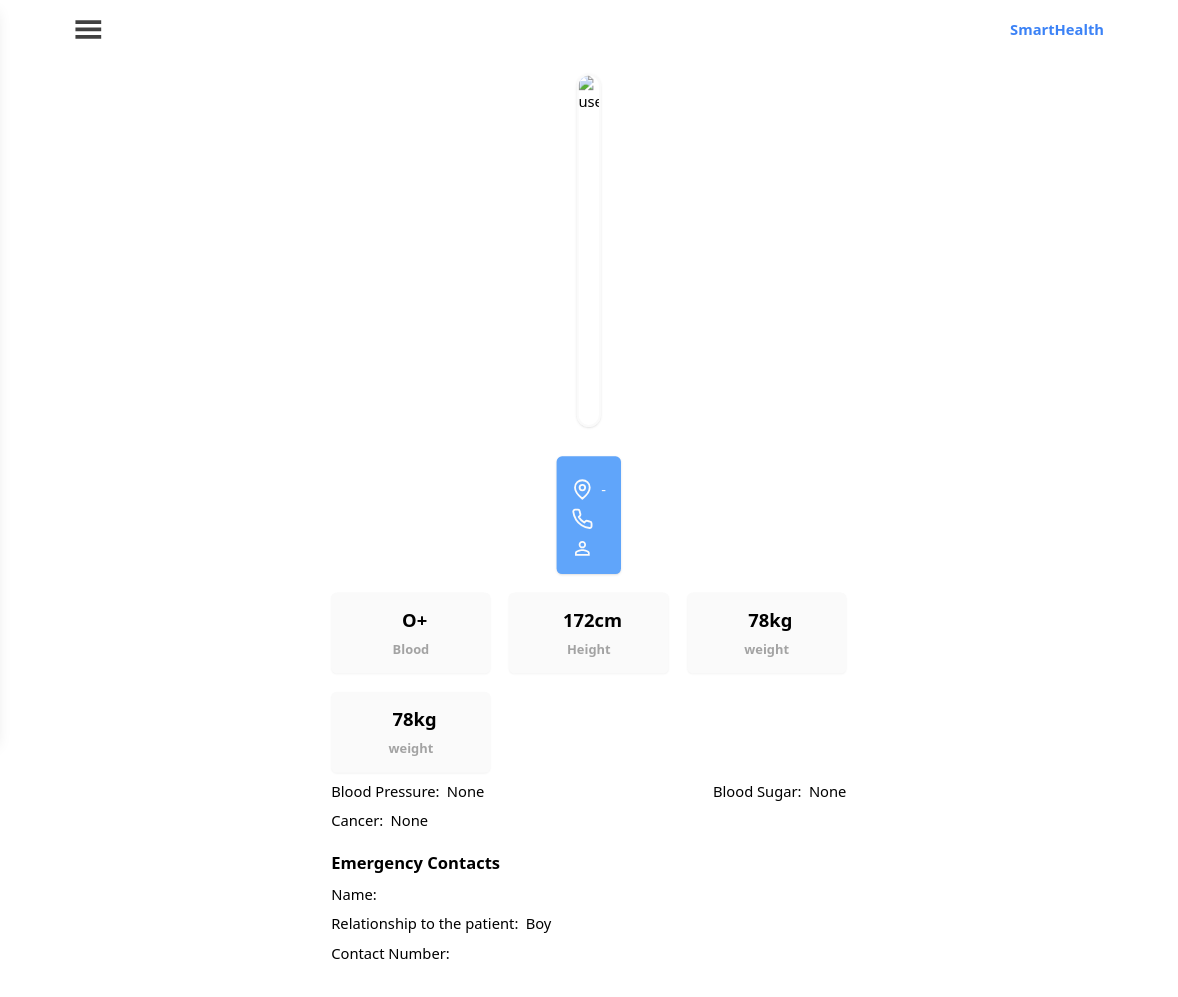
Repository: Sanaa00/HI-user
Page: /home
An editor plug-in stored every save of this project. The page is shown before and after the next save, followed by the edit.
The browser window is 1280 px wide. The pictures show the whole page, at 92% of full size.
The page's requests for data from a server got no answer. The project was rebuilt for these pictures with package versions that can differ from the ones it lists, and the page was loaded fresh each time. No one was signed in, and anything a server would have sent is missing. Also part of the build but not shown: vite.config.js, src/App.css, src/Components/Pagination.jsx, src/Pages/Prescription.jsx, src/Components/modalComponent.jsx, src/Pages/Laboratory.jsx, src/Pages/Radiographic.jsx, src/Components/InputField.jsx and 2 more.

Above is the page before, as saved 2024-01-12 21:18:43.

After the next save:
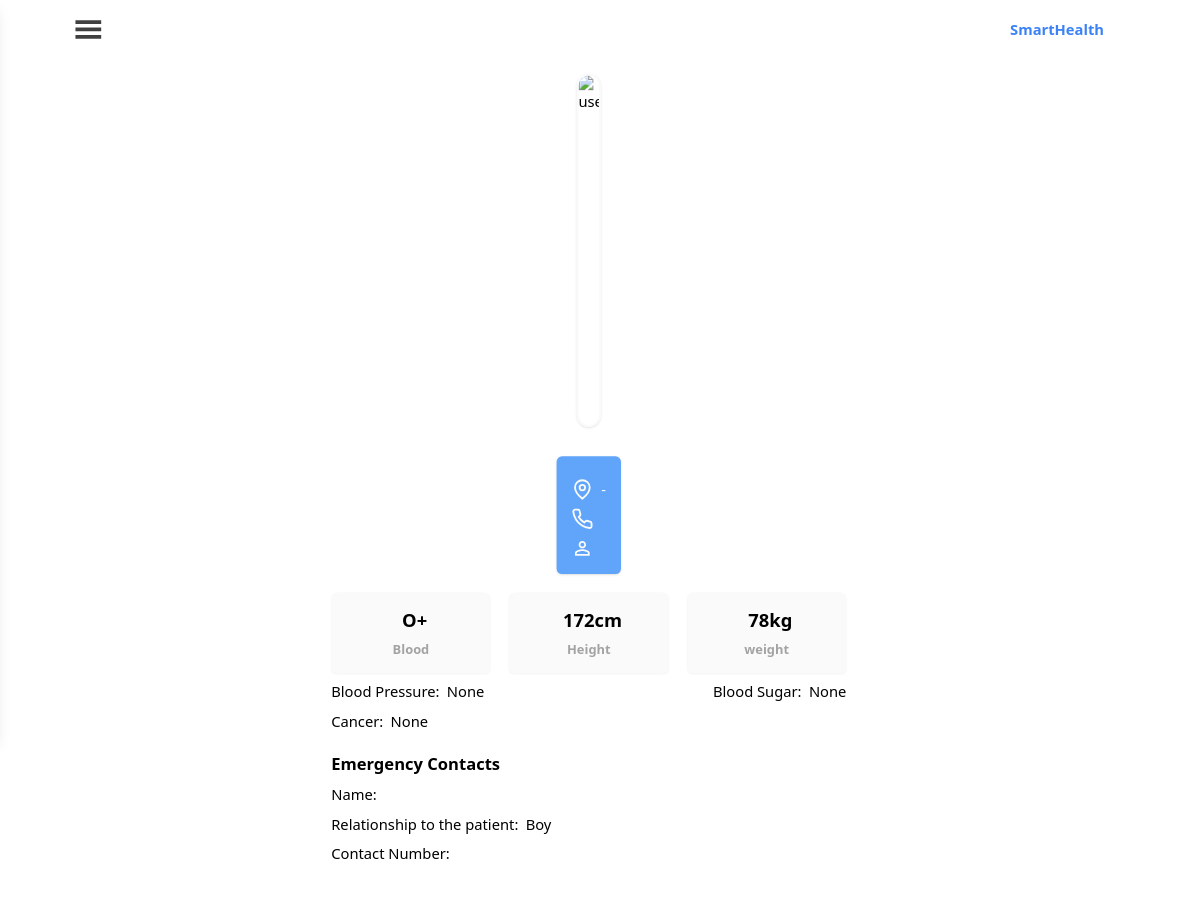
Saved 6 s later.
--- a/src/Pages/Home.jsx
+++ b/src/Pages/Home.jsx
@@ -111,13 +111,6 @@ function Home() {
             weight
           </div>
         </div>{' '}
-        <div className="flex flex-col justify-center items-center bg-neutral-50 p-4 rounded-md shadow-sm w-full">
-          {' '}
-          <div className="ml-2 text-xl font-bold">78kg</div>
-          <div className="text-sm font-semibold text-neutral-400 mt-2">
-            weight
-          </div>
-        </div>{' '}
       </div>{' '}
       {/* </div> */}
       {/* <div className="mt-2 flex justify-between items-center lg:w-1/2">
